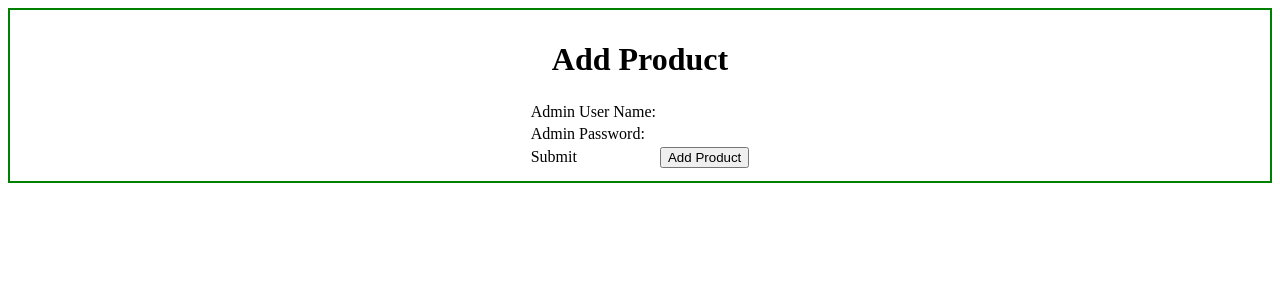
Repository: AnushkaSharma9/Make-an-E-commerce-Website-For-SportyShoes-sportyshoes
Page: http://localhost/phase3-Project-SportyShoes-Webappplication/login
These files come from the project's save history. The page is drawn as it stood at one moment and after the next save; the edit follows.
The browser window is 1280 px wide. The pictures show the whole page.
The page is served by Tomcat 9. Other server files are loaded and not shown.

Above is the page before, as saved 2021-10-25 11:41:39.

### phase3-Project-SportyShoes-Webappplication/src/main/webapp/WEB-INF/view/login.jsp
<%@ page language="java" contentType="text/html; charset=UTF-8"
	pageEncoding="UTF-8"%>
<!DOCTYPE html>
<html>
<head>
<meta charset="UTF-8">
<title>Login Page</title>
</head>
<body>
<div align="center" style="border: 2px solid green;padding :10px;" >
		<h1>Add Product</h1>
		<form:form action="login" method="post"  >
			<table border="0">
				<tr>
					<td>Admin User Name:</td>
					<td><form:input path="userName" /></td>
				</tr>

				<tr>
					<td>Admin Password:</td>
					<td><form:input path="Password" /></td>
				</tr>

				<tr>
					<td>Submit</td>
					<td><input type="submit" value="Add Product" /></td>
				</tr>
			</table>
		</form:form>
	</div>
</body>
</html>

### phase3-Project-SportyShoes-Webappplication/src/main/java/com/anushka/SportyShoesWebapplication/entity/Admin.java
package com.anushka.SportyShoesWebapplication.entity;



public class Admin {
	// properties
		private long id;
		private String userName;
		private String Password;
		public Admin(long id, String userName, String Password) {
			super();
			this.id = id;
			this.userName = userName;
			this.Password = Password;
		}
		public Admin() {
			super();
		}
		public long getId() {
			return id;
		}
		public void setId(long id) {
			this.id = id;
		}
		public String getUsername() {
			return userName;
		}
		public void setUsername(String userName) {
			this.userName = userName;
		}
		public String getPassword() {
			return Password;
		}
		public void setPassword(String Password) {
			this.Password = Password;
		}
		@Override
		public String toString() {
			return "Admin [id=" + id + ", userName=" + userName + ", Password=" + Password + "]";
		}



}

After the next save:
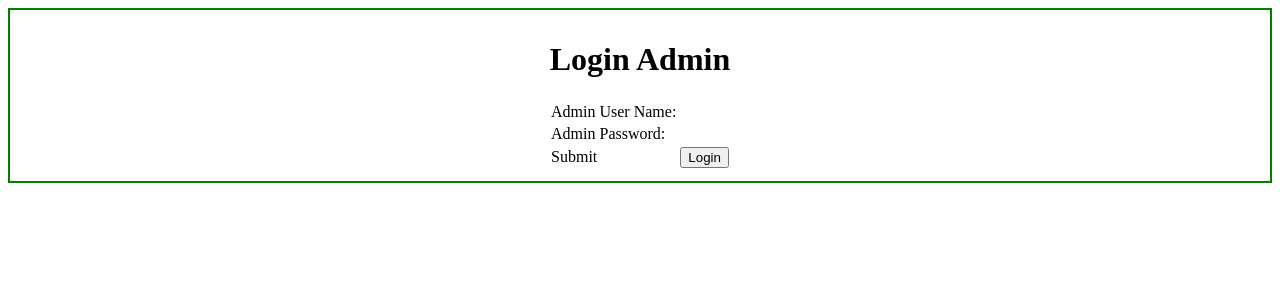
Saved 59 s later.
--- a/phase3-Project-SportyShoes-Webappplication/src/main/webapp/WEB-INF/view/login.jsp
+++ b/phase3-Project-SportyShoes-Webappplication/src/main/webapp/WEB-INF/view/login.jsp
@@ -8,7 +8,7 @@
 </head>
 <body>
 <div align="center" style="border: 2px solid green;padding :10px;" >
-		<h1>Add Product</h1>
+		<h1>Login Admin</h1>
 		<form:form action="login" method="post"  >
 			<table border="0">
 				<tr>
@@ -23,7 +23,7 @@
 
 				<tr>
 					<td>Submit</td>
-					<td><input type="submit" value="Add Product" /></td>
+					<td><input type="submit" value="Login" /></td>
 				</tr>
 			</table>
 		</form:form>
